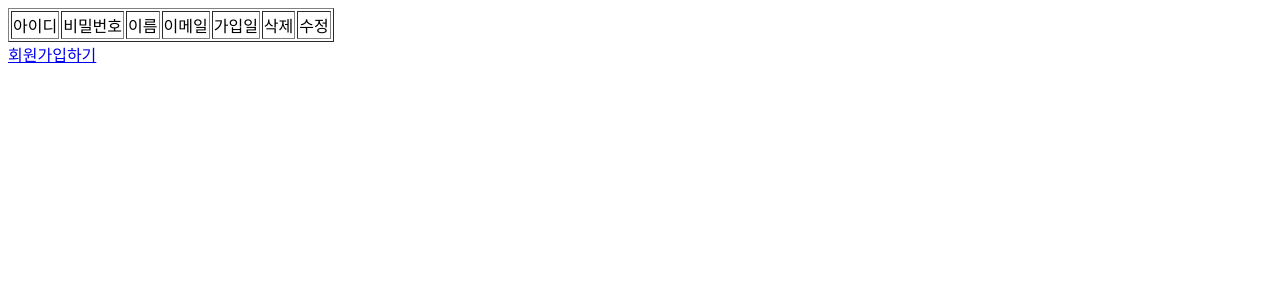
Repository: Idooru/academy_servlet
Page: http://localhost/pro07/member
The author's editor kept a copy of each file at every save. The page is drawn from the files as they stood at one save, then again after the next save.
The browser window is 1280 px wide. The pictures show the whole page.
The page is served by Tomcat 9. Queries for data that is not in the repository find no rows.

Above is the page before, as saved 2023-09-07 07:22:30.

After the next save:
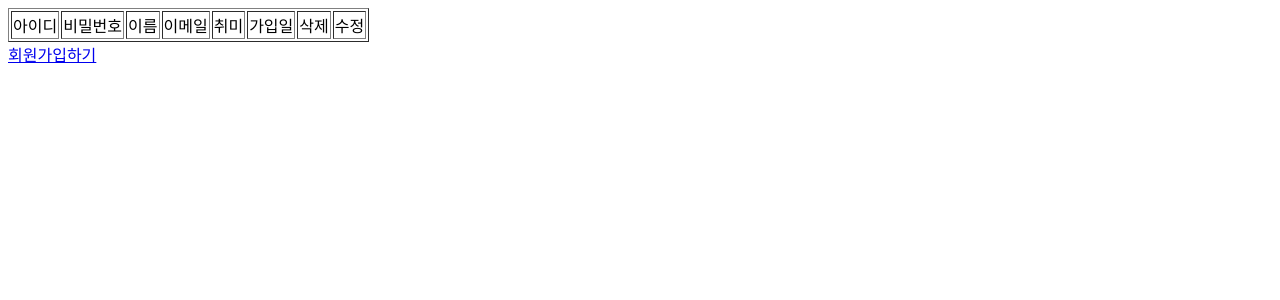
Saved 19 s later.
--- a/pro07/src/sec01/ex01/MemberServlet.java
+++ b/pro07/src/sec01/ex01/MemberServlet.java
@@ -57,7 +57,7 @@ public class MemberServlet extends HttpServlet {
 
 		out.print("<html><body>");
 		out.print("<table border=1><tr>");
-		out.print("<td>아이디</td><td>비밀번호</td><td>이름</td><td>이메일</td><td>가입일</td><td>삭제</td><td>수정</td>");
+		out.print("<td>아이디</td><td>비밀번호</td><td>이름</td><td>이메일</td><td>취미</td><td>가입일</td><td>삭제</td><td>수정</td>");
 
 		for (int i = 0; i < list.size(); i++) {
 			MemberVO memberVO = (MemberVO) list.get(i);
